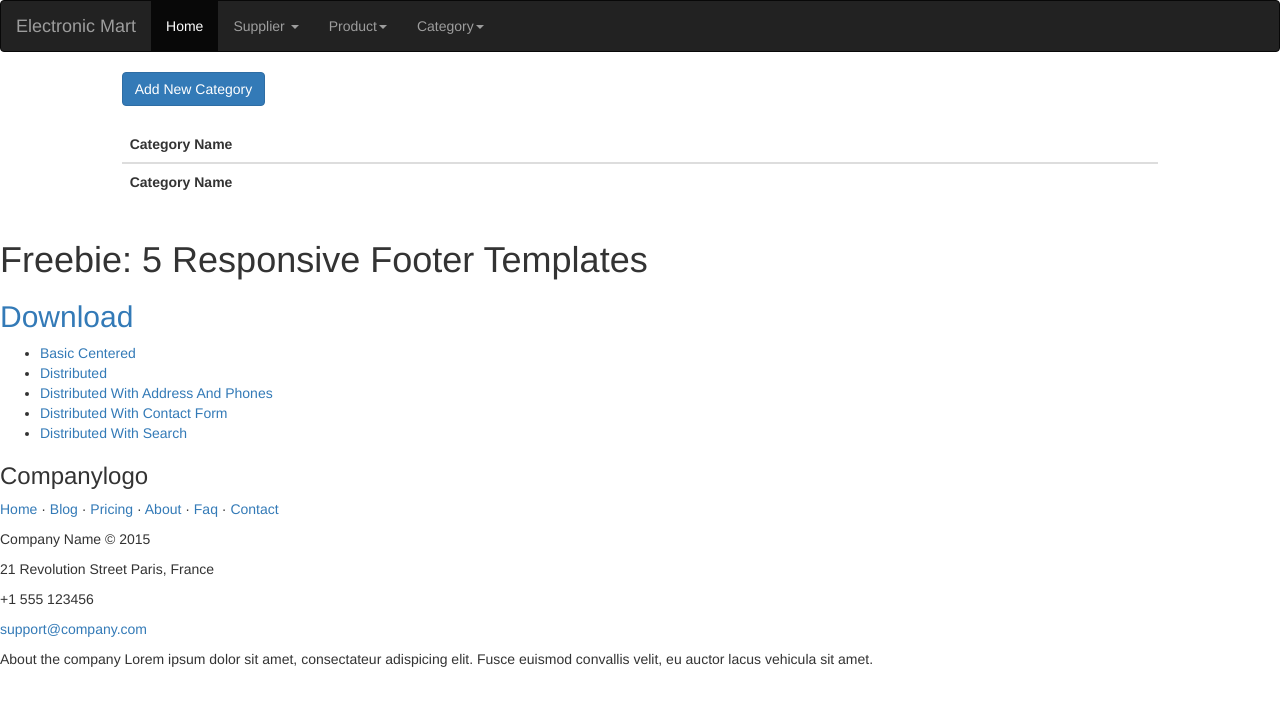
Repository: ALMAIPETAHAREESH/javaproject
Page: http://localhost/electronicsmart/WEB-INF/views/AdminCategory.jsp
The author's editor kept a copy of each file at every save. The page is drawn from the files as they stood at one save, then again after the next save.
The browser window is 1280 px wide. The pictures show the whole page.
Some web libraries are served in a nearby version. The page is served by Tomcat 9. Nobody is signed in. The template is opened directly, without the code that normally fills it, so the values that code supplies are empty.

Above is the page before, as saved 2017-04-04 09:35:05.
Not found: Electronics Mart/electronicsmart/electronicsmart/resources/js/catjavscript.js

After the next save:
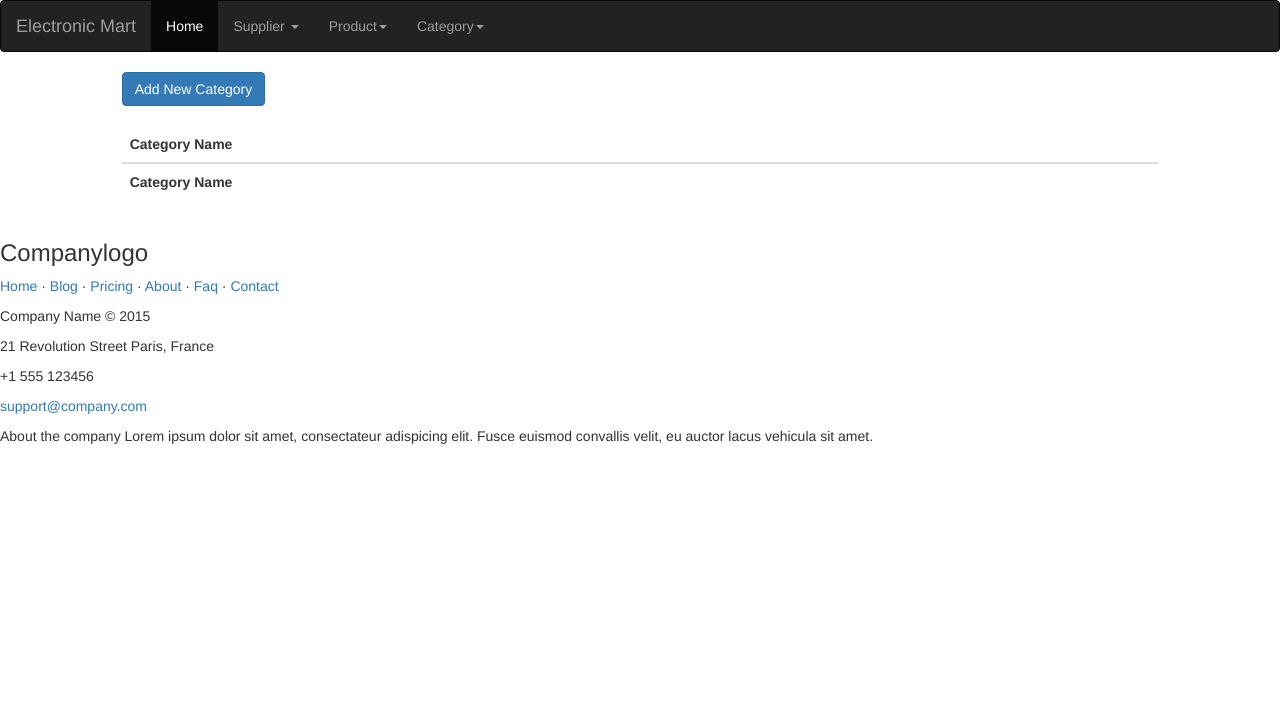
Saved 70 s later.
--- a/Electronics Mart/electronicsmart/src/main/webapp/WEB-INF/views/Footerpage.jsp
+++ b/Electronics Mart/electronicsmart/src/main/webapp/WEB-INF/views/Footerpage.jsp
@@ -8,20 +8,7 @@
 </head>
 <body>
 
-<header>
 
-			<h1>Freebie: 5 Responsive Footer Templates</h1>
-			<h2><a href="http://tutorialzine.com/2015/01/freebie-5-responsive-footer-templates/">Download</a></h2>
-
-			<ul>
-				<li><a href="index.html">Basic Centered</a></li>
-				<li><a href="footer-distributed.html">Distributed</a></li>
-				<li><a href="footer-distributed-with-address-and-phones.html" class="active">Distributed With Address And Phones</a></li>
-				<li><a href="footer-distributed-with-contact-form.html">Distributed With Contact Form</a></li>
-				<li><a href="footer-distributed-with-search.html">Distributed With Search</a></li>
-			</ul>
-
-		</header>
 
 <footer class="footer-distributed">
 
